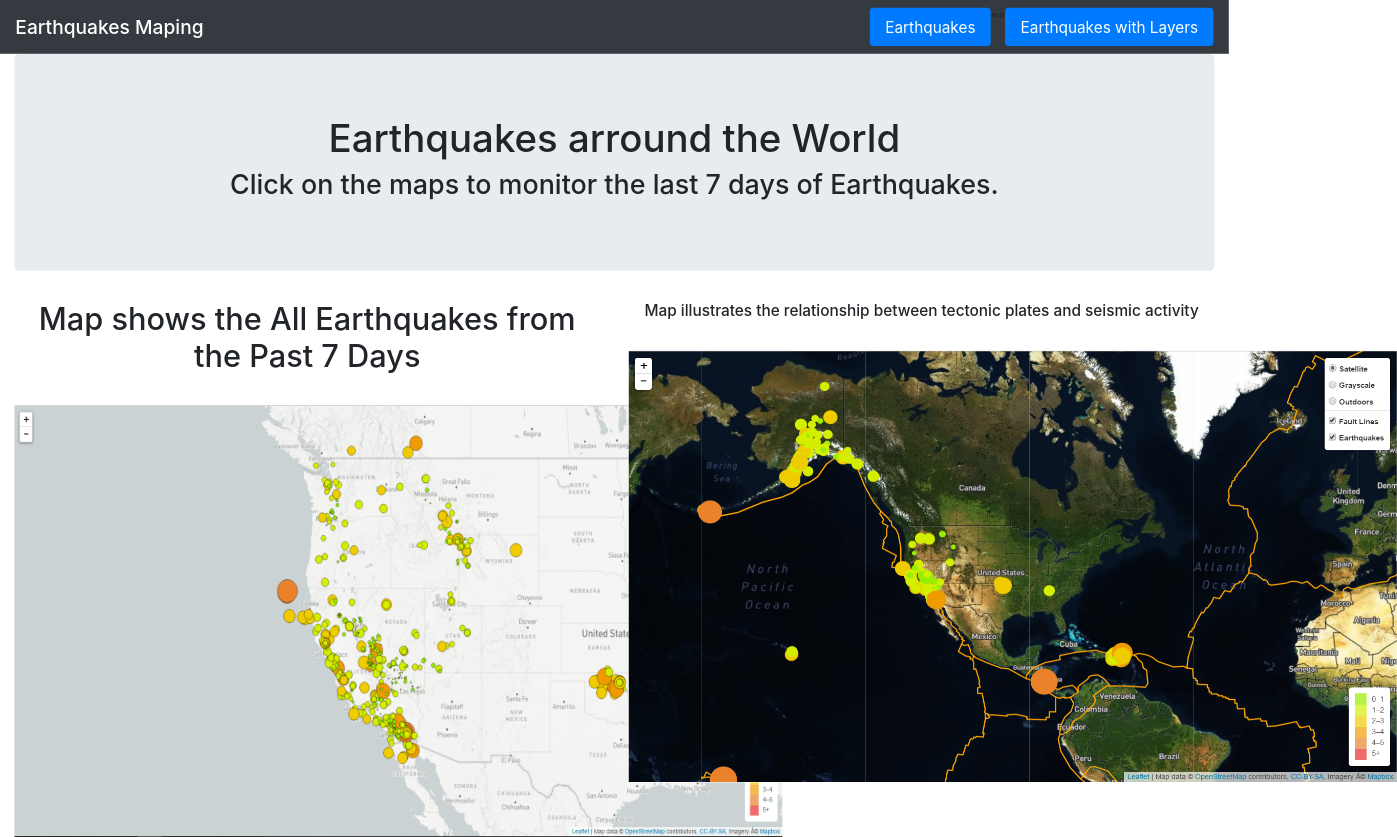
Repository: ermiasgelaye/leaflet-challenge
Page: index.html
An editor plug-in stored every save of this project. The page is shown before and after the next save, followed by the edit.
The browser window is 1280 px wide. The page is 1455 px wide, so the pictures cover 1455 px, including what lies to the right of the window. The pictures show the whole page, at 96% of full size.

Above is the page before, as saved 2020-09-18 22:42:31.

### index.html
<!DOCTYPE html>
<html lang="en">

<head>
    <meta charset="UTF-8" />
    <meta name="viewport" content="width=device-width, initial-scale=1.0" />
    <meta http-equiv="X-UA-Compatible" content="ie=edge" />
    <title>Earthquakes Challenge</title>
    <link rel="stylesheet" href="https://stackpath.bootstrapcdn.com/bootstrap/4.3.1/css/bootstrap.min.css" integrity="sha384-ggOyR0iXCbMQv3Xipma34MD+dH/1fQ784/j6cY/iJTQUOhcWr7x9JvoRxT2MZw1T" crossorigin="anonymous" />

    <!-- jQuery library -->
    <script src="https://ajax.googleapis.com/ajax/libs/jquery/3.4.1/jquery.min.js"></script>
    <link rel="stylesheet" type="text/css" href="static/css/style.css" />
    <!-- Latest compiled JavaScript -->
    <script src="https://maxcdn.bootstrapcdn.com/bootstrap/4.3.1/js/bootstrap.min.js"></script>
</head>

<body>
    <nav class="navbar navbar-dark bg-dark size_hide">
        <a href="index.html"><span class="navbar-brand mb-0 h1 back_color"
          >Earthquakes Maping</span
        ></a
      >

      <ul class="nav nav-pills">
        <li class="nav-item">
          <a class="nav-link active" href="Leaflet-Step-1/step-1.html"
            >Earthquakes</a>
        </li>
        <a>""</a>
        <li class="nav-item">
          <a class="nav-link active" href="Leaflet-Step-2/step-2.html"
            >Earthquakes with Layers</a
          >
        </li>
      </ul>
    </nav>
    <div  class="container-fluid">
      <div class="jumbotron text-center">

        <h1>Earthquakes arround the World</h1>
        <h3>
          Click on the maps to monitor the last 7 days of Earthquakes.
        </h3>
      </div>
      <div class="row">
        <div class="col-lg-6">
          <h2 style="text-align:center;"> Map shows the All Earthquakes from the Past 7 Days</h6>
          <br />
          <a href="Leaflet-Step-1/step-1.html"
            ><img
              src="images/2-BasicMap.png"
              alt="Mapping without Layers"
              width="800"
              height="450"
          /></a>
        </div>
        <div class="col-lg-6">
            <h6 style="text-align:center;">
                Map illustrates the relationship between tectonic plates and seismic activity
            </h6>
            <br />
            <a href="Leaflet-Step-2/step-2.html">
                <img src="images/5-Advanced.png" alt="Mapping with Layers" width="800" height="450" /></a>
        </div>
        </div>
        </div>
</body>

</html>

Loaded but not shown: static/css/style.css (common file)

After the next save:
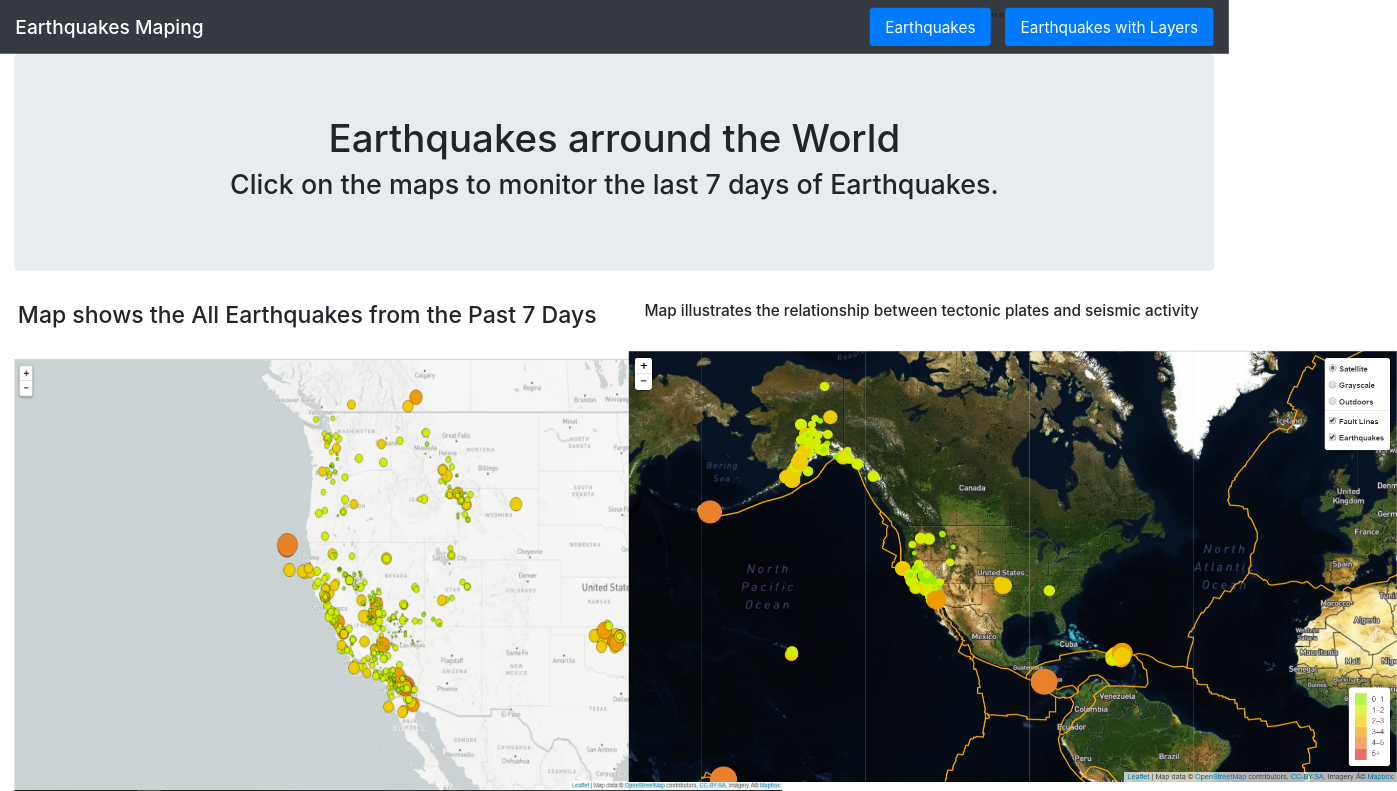
Saved 4 s later.
--- a/index.html
+++ b/index.html
@@ -45,7 +45,7 @@
       </div>
       <div class="row">
         <div class="col-lg-6">
-          <h2 style="text-align:center;"> Map shows the All Earthquakes from the Past 7 Days</h6>
+          <h4 style="text-align:center;"> Map shows the All Earthquakes from the Past 7 Days</h6>
           <br />
           <a href="Leaflet-Step-1/step-1.html"
             ><img
